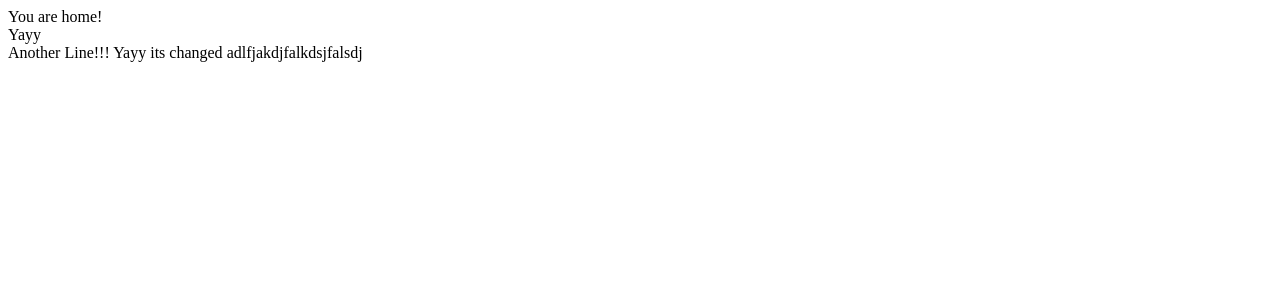
Repository: danbaryak/osgi-test-spa
Page: org.site.about/static/partials/home.html
An editor plug-in stored every save of this project. The page is shown before and after the next save, followed by the edit.
The browser window is 1280 px wide. The pictures show the whole page.

Above is the page before, as saved 2014-06-20 19:19:31.

After the next save:
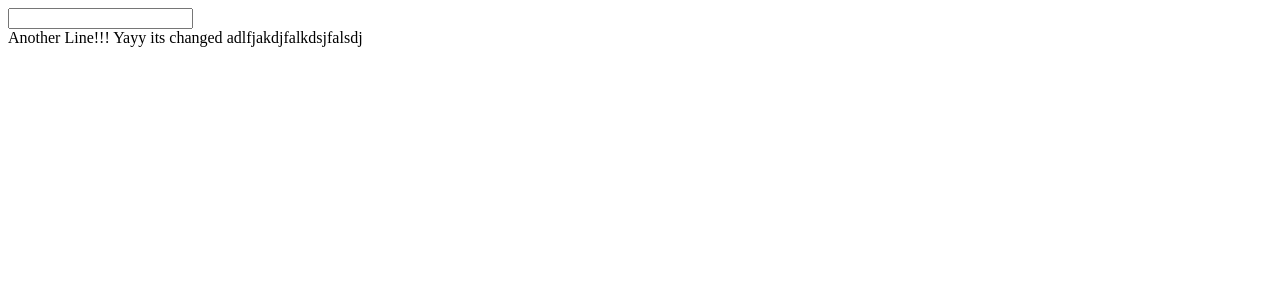
Saved 50 s later.
--- a/org.site.about/static/partials/home.html
+++ b/org.site.about/static/partials/home.html
@@ -1,6 +1,5 @@
 <div class="main-panel">
-You are home!<br>
-Yayy
+<input type="text"/>
 </div>
 Another Line!!!
 Yayy its changed <rb>
